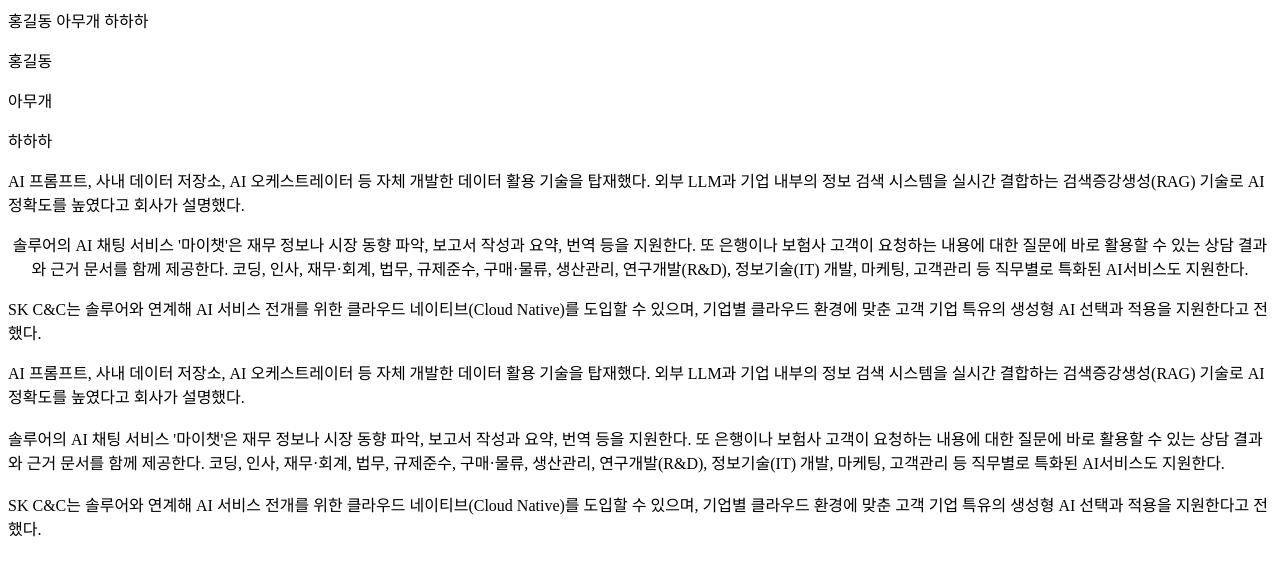
Repository: zzzzzzin/Client
Page: ClientTest/src/main/webapp/html/ex08_p.html
These files come from the project's save history. The page is drawn as it stood at one moment and after the next save; the edit follows.
The browser window is 1280 px wide. The pictures show the whole page.

Above is the page before, as saved 2024-03-13 00:25:44.

### ClientTest/src/main/webapp/html/ex08_p.html
<!DOCTYPE html>
<html>
<head>
<meta charset="EUC-KR">
<title>ex08_p</title>
</head>
<body>
	<!--
		<p>, paragraph
		- 문단 태그
		- 텍스트 태그
		- 쌍태그
		- 혼합형

		p.align
		- horizontal alignment
		-left/center/right/justify



	-->

	<font>홍길동</font>
	<font>아무개</font>
	<font>하하하</font>

	<p>홍길동</p>	<!-- <p>는 <br>없이도 엔터가 자동 적용됨 -->
	<p>아무개</p>
	<p>하하하</p>

	<!-- <p>와 <font> + <br> 둘의 동일한 결과 -->
	<p>AI 프롬프트, 사내 데이터 저장소, AI 오케스트레이터 등 자체 개발한 데이터 활용 기술을 탑재했다. 외부 LLM과 기업 내부의 정보 검색 시스템을 실시간 결합하는 검색증강생성(RAG) 기술로 AI 정확도를 높였다고 회사가 설명했다.</p>
	<p align="center">솔루어의 AI 채팅 서비스 '마이챗'은 재무 정보나 시장 동향 파악, 보고서 작성과 요약, 번역 등을 지원한다. 또 은행이나 보험사 고객이 요청하는 내용에 대한 질문에 바로 활용할 수 있는 상담 결과와 근거 문서를 함께 제공한다. 코딩, 인사, 재무·회계, 법무, 규제준수, 구매·물류, 생산관리, 연구개발(R&D), 정보기술(IT) 개발, 마케팅, 고객관리 등 직무별로 특화된 AI서비스도 지원한다.</p>
	<p align="jutify">SK C&C는 솔루어와 연계해 AI 서비스 전개를 위한 클라우드 네이티브(Cloud Native)를 도입할 수 있으며, 기업별 클라우드 환경에 맞춘 고객 기업 특유의 생성형 AI 선택과 적용을 지원한다고 전했다.</p>

	<font>AI 프롬프트, 사내 데이터 저장소, AI 오케스트레이터 등 자체 개발한 데이터 활용 기술을 탑재했다. 외부 LLM과 기업 내부의 정보 검색 시스템을 실시간 결합하는 검색증강생성(RAG) 기술로 AI 정확도를 높였다고 회사가 설명했다.</font><br><br>
	<font>솔루어의 AI 채팅 서비스 '마이챗'은 재무 정보나 시장 동향 파악, 보고서 작성과 요약, 번역 등을 지원한다. 또 은행이나 보험사 고객이 요청하는 내용에 대한 질문에 바로 활용할 수 있는 상담 결과와 근거 문서를 함께 제공한다. 코딩, 인사, 재무·회계, 법무, 규제준수, 구매·물류, 생산관리, 연구개발(R&D), 정보기술(IT) 개발, 마케팅, 고객관리 등 직무별로 특화된 AI서비스도 지원한다.</font><br><br>
	<font>SK C&C는 솔루어와 연계해 AI 서비스 전개를 위한 클라우드 네이티브(Cloud Native)를 도입할 수 있으며, 기업별 클라우드 환경에 맞춘 고객 기업 특유의 생성형 AI 선택과 적용을 지원한다고 전했다.</font><br><br>



</body>
</html>

After the next save:
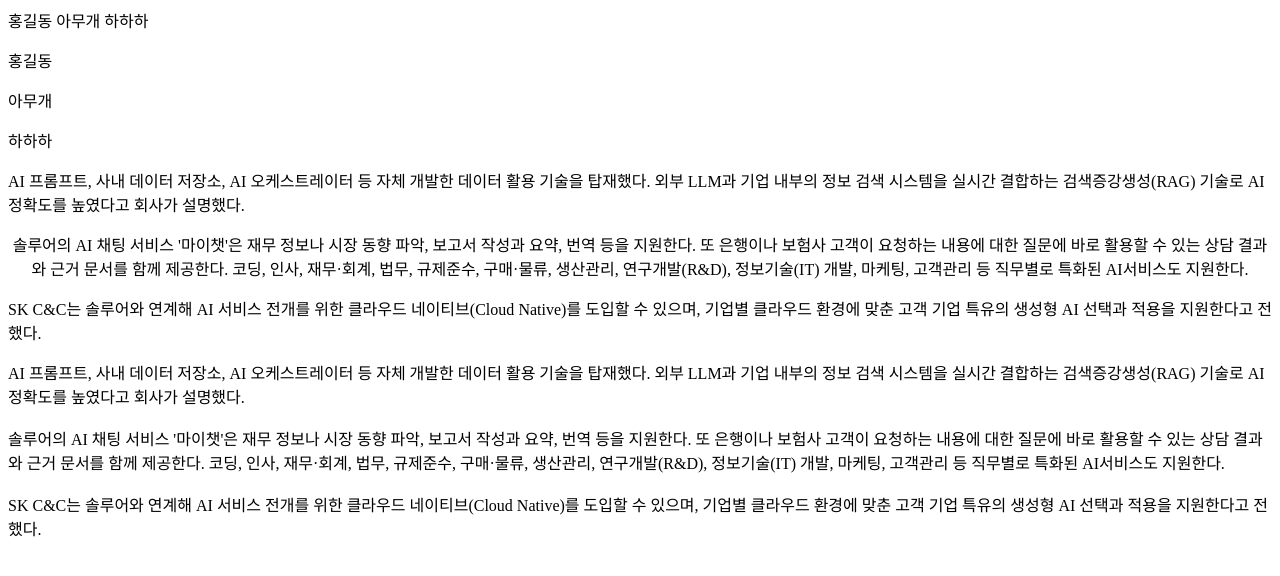
Saved 21 s later.
--- a/ClientTest/src/main/webapp/html/ex08_p.html
+++ b/ClientTest/src/main/webapp/html/ex08_p.html
@@ -31,7 +31,7 @@
 	<!-- <p>와 <font> + <br> 둘의 동일한 결과 -->
 	<p>AI 프롬프트, 사내 데이터 저장소, AI 오케스트레이터 등 자체 개발한 데이터 활용 기술을 탑재했다. 외부 LLM과 기업 내부의 정보 검색 시스템을 실시간 결합하는 검색증강생성(RAG) 기술로 AI 정확도를 높였다고 회사가 설명했다.</p>
 	<p align="center">솔루어의 AI 채팅 서비스 '마이챗'은 재무 정보나 시장 동향 파악, 보고서 작성과 요약, 번역 등을 지원한다. 또 은행이나 보험사 고객이 요청하는 내용에 대한 질문에 바로 활용할 수 있는 상담 결과와 근거 문서를 함께 제공한다. 코딩, 인사, 재무·회계, 법무, 규제준수, 구매·물류, 생산관리, 연구개발(R&D), 정보기술(IT) 개발, 마케팅, 고객관리 등 직무별로 특화된 AI서비스도 지원한다.</p>
-	<p align="jutify">SK C&C는 솔루어와 연계해 AI 서비스 전개를 위한 클라우드 네이티브(Cloud Native)를 도입할 수 있으며, 기업별 클라우드 환경에 맞춘 고객 기업 특유의 생성형 AI 선택과 적용을 지원한다고 전했다.</p>
+	<p align="justify">SK C&C는 솔루어와 연계해 AI 서비스 전개를 위한 클라우드 네이티브(Cloud Native)를 도입할 수 있으며, 기업별 클라우드 환경에 맞춘 고객 기업 특유의 생성형 AI 선택과 적용을 지원한다고 전했다.</p>
 
 	<font>AI 프롬프트, 사내 데이터 저장소, AI 오케스트레이터 등 자체 개발한 데이터 활용 기술을 탑재했다. 외부 LLM과 기업 내부의 정보 검색 시스템을 실시간 결합하는 검색증강생성(RAG) 기술로 AI 정확도를 높였다고 회사가 설명했다.</font><br><br>
 	<font>솔루어의 AI 채팅 서비스 '마이챗'은 재무 정보나 시장 동향 파악, 보고서 작성과 요약, 번역 등을 지원한다. 또 은행이나 보험사 고객이 요청하는 내용에 대한 질문에 바로 활용할 수 있는 상담 결과와 근거 문서를 함께 제공한다. 코딩, 인사, 재무·회계, 법무, 규제준수, 구매·물류, 생산관리, 연구개발(R&D), 정보기술(IT) 개발, 마케팅, 고객관리 등 직무별로 특화된 AI서비스도 지원한다.</font><br><br>
